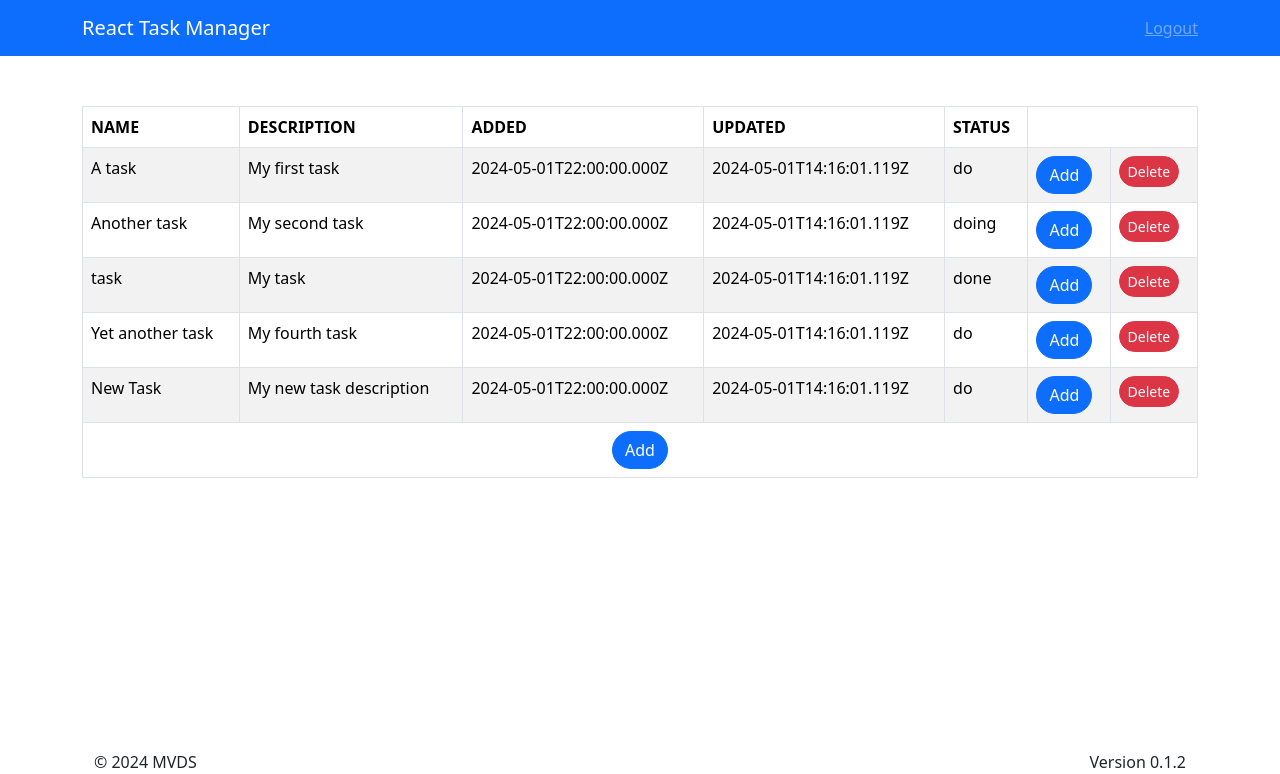
Repository: trider/react-task-manager
Page: /#/tasks
The author's editor kept a copy of each file at every save. The page is drawn from the files as they stood at one save, then again after the next save.
The browser window is 1280 px wide. The pictures show the whole page.
The project was rebuilt for these pictures with package versions that can differ from the ones it lists, and the page was loaded fresh each time. Also part of the build but not shown: src/App.css, src/_data/_Users.js, src/pages/Login.js, src/components/Add.js.

Above is the page before, as saved 2024-05-10 15:33:16.

After the next save:
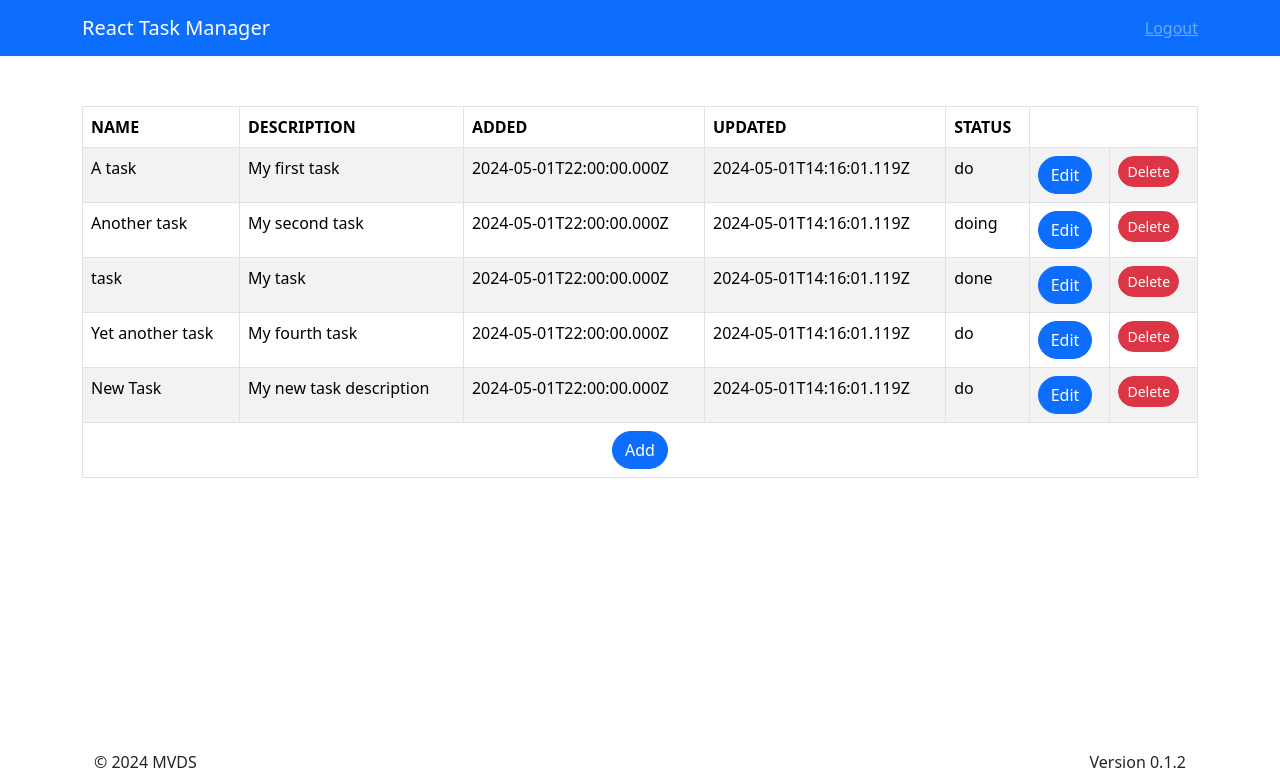
Saved 7 s later.
--- a/src/pages/Task.js
+++ b/src/pages/Task.js
@@ -153,7 +153,7 @@ const TaskTable = () => {
           <td>
             {/* {getButton(task)} */}
             <ModalComponent
-              title='Add'
+              title='Edit'
 
               task={taskDescription}
               onAddTask={addTask}
